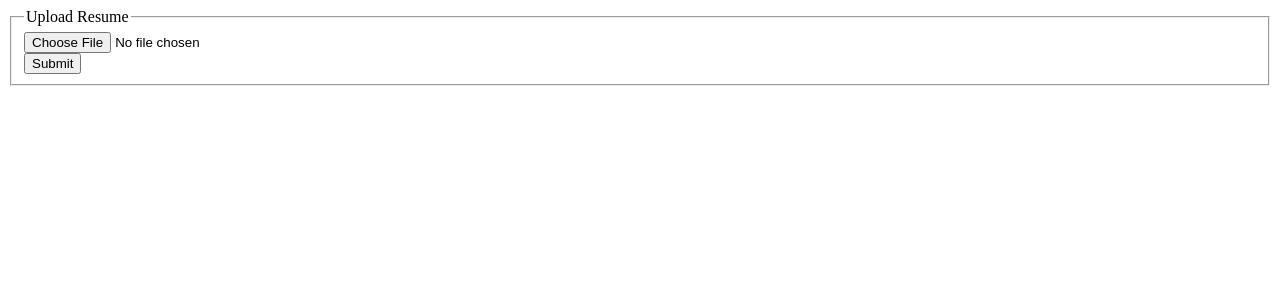
Repository: prashantsuman07/Manthan-ELF-16-OCT-19-Prashant-Suman
Page: http://localhost/Resume_Finder_Java_Application/JSP/UploadResume.jsp
An editor plug-in stored every save of this project. The page is shown before and after the next save, followed by the edit.
The browser window is 1280 px wide. The pictures show the whole page.
The page is served by Tomcat 9.

Above is the page before, as saved 2019-12-02 11:58:19.

After the next save:
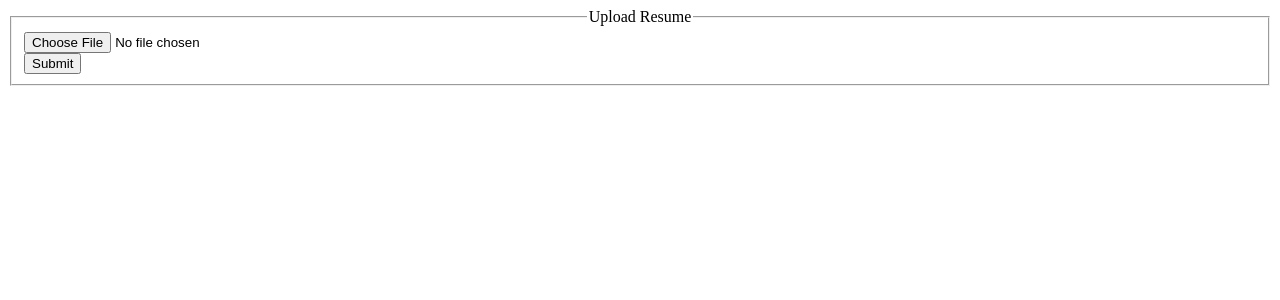
Saved 21 s later.
--- a/PLP_FinalEvaluation_JAVA/Resume_Finder_Java_Application/WebContent/JSP/UploadResume.jsp
+++ b/PLP_FinalEvaluation_JAVA/Resume_Finder_Java_Application/WebContent/JSP/UploadResume.jsp
@@ -8,7 +8,7 @@
 </head>
 <body>
 <fieldset>
-<legend>Upload Resume</legend>
+<legend align="center">Upload Resume</legend>
 <form action="" method="get">
 <input name="userfile" type="file" accept="application/pdf, application/msword"/><br>
 <input type="submit" name="Upload Resume">
